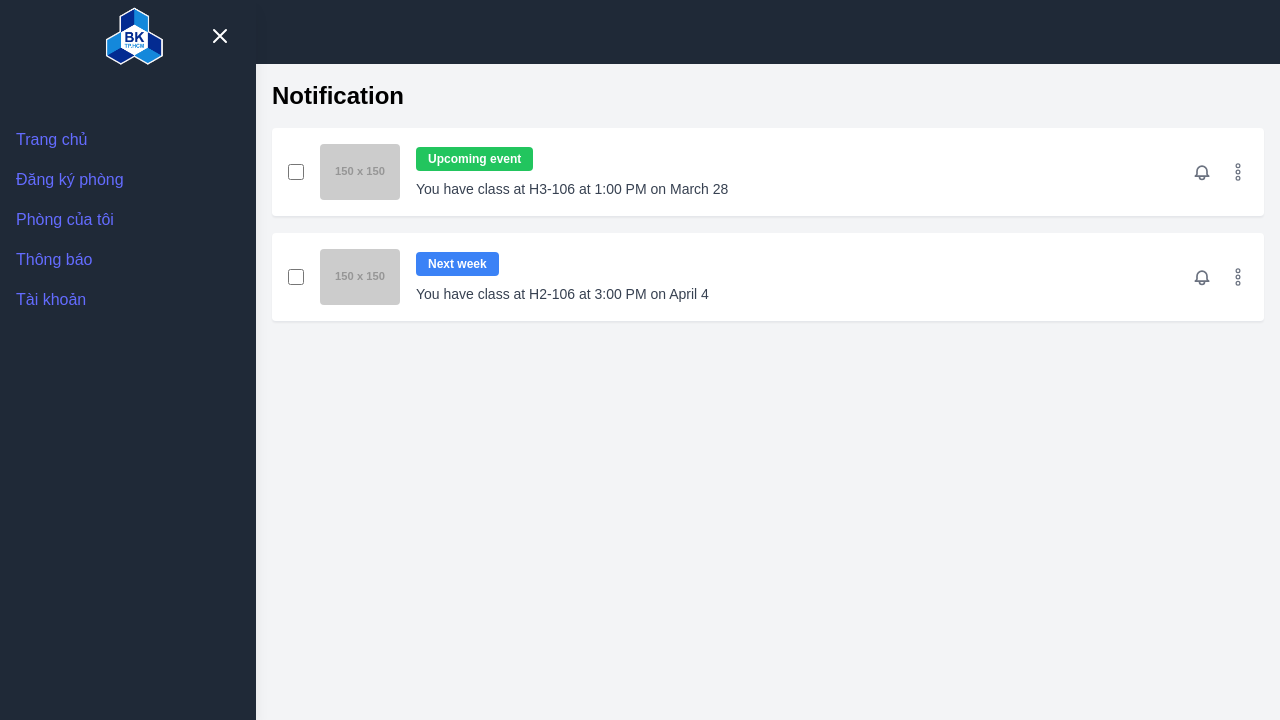
Repository: CNPM-S3MRS/frontend-web
Page: /notification
These files come from the project's save history. The page is drawn as it stood at one moment and after the next save; the edit follows.
The browser window is 1280 px wide. The pictures show the whole page.
The project was rebuilt for these pictures with package versions that can differ from the ones it lists, and the page was loaded fresh each time. Also part of the build but not shown: vite.config.js, src/pages/auth/Login.jsx.

Above is the page before, as saved 2025-04-09 02:43:27.

### src/App.jsx
import { BrowserRouter as Router, Routes, Route } from 'react-router-dom';
import Login from '@/pages/auth/Login';
import Notification from './pages/notification/notification';

function App() {
  return (
    <Router>
      <Routes>
        <Route path="/login" element={<Login />} />
        <Route path="/notification" element={<Notification />} /> {/* Add this route */}
        <Route path="/" element={<div>Trang chủ</div>} />
      </Routes>
    </Router>
  );
}

export default App;

### src/index.css
@tailwind base;
@tailwind components;
@tailwind utilities;


:root {
  font-family: system-ui, Avenir, Helvetica, Arial, sans-serif;
  line-height: 1.5;
  font-weight: 400;

  color-scheme: light dark;
  color: rgba(255, 255, 255, 0.87);
  background-color: #242424;

  font-synthesis: none;
  text-rendering: optimizeLegibility;
  -webkit-font-smoothing: antialiased;
  -moz-osx-font-smoothing: grayscale;
}

a {
  font-weight: 500;
  color: #646cff;
  text-decoration: inherit;
}
a:hover {
  color: #535bf2;
}

/* body {
  margin: 0;
  display: flex;
  place-items: center;
  min-width: 320px;
  min-height: 100vh;
} */

h1 {
  font-size: 3.2em;
  line-height: 1.1;
}

.header-button {
  background: none;
  border: none;
  color: inherit;
  cursor: pointer;
  padding: 0;
  display: inline-flex;
  align-items: center;
  justify-content: center;
}


.sidebar-button {
  background: none;
  border: none;
  color: inherit;
  cursor: pointer;
  padding: 0.5rem;
  display: inline-flex;
  align-items: center;
  justify-content: center;
}

button {
  border-radius: 8px;
  border: 1px solid transparent;
  padding: 0.6em 1.2em;
  font-size: 1em;
  font-weight: 500;
  font-family: inherit;
  background-color: #1a1a1a;
  cursor: pointer;
  transition: border-color 0.25s;
}
button:hover {
  border-color: #646cff;
}
button:focus,
button:focus-visible {
  outline: 4px auto -webkit-focus-ring-color;
}
h1 {
  font-size: 1.5rem;
  font-weight: bold;
  margin-bottom: 1rem;
}
body {
  font-family: Arial, sans-serif;
  background-color: #ffffff;
  color: #000000;
}

input[type="checkbox"] {
  width: 1rem;
  height: 1rem;
}

@media (prefers-color-scheme: light) {
  :root {
    color: #213547;
    background-color: #ffffff;
  }
  a:hover {
    color: #747bff;
  }
  button {
    background-color: #f9f9f9;
  }
}

### src/pages/notification/notification.jsx
import React, { useState } from "react";
import Sidebar from "../../components/bars/Sidebar";
import NotificationCard from "../../components/card/NotificationCard";
import Header from "../../components/header/Header";

const Notification = () => {
  const [isSidebarOpen, setIsSidebarOpen] = useState(true); // Sidebar is visible by default

  return (
    <div className="flex flex-col h-screen">
      {/* Header */}
      <Header isSidebarOpen={isSidebarOpen} setIsSidebarOpen={setIsSidebarOpen} />

      <div className="flex flex-grow">
        {/* Sidebar */}
        <Sidebar isSidebarOpen={isSidebarOpen} setIsSidebarOpen={setIsSidebarOpen} />

        {/* Main Content */}
        <div
          className={`flex-grow p-4 bg-gray-100 transition-all duration-300 ${
            isSidebarOpen ? "ml-64" : "ml-0"
          }`}
        >
          <h1 className="text-2xl font-bold mb-4">Notification</h1>

          {/* Example Notification Cards */}
          <NotificationCard
            image="https://via.placeholder.com/150"
            status="Upcoming event"
            statusColor="green"
            message="You have class at H3-106 at 1:00 PM on March 28"
          />
          <NotificationCard
            image="https://via.placeholder.com/150"
            status="Next week"
            statusColor="blue"
            message="You have class at H2-106 at 3:00 PM on April 4"
          />
        </div>
      </div>
    </div>
  );
};

export default Notification;

### src/components/bars/Sidebar.jsx
import React from "react";
import { NavLink } from "react-router-dom";
import LogoBK from "../../assets/LogoBK.jpg"; // Adjust the path as necessary
const Sidebar = ({ isSidebarOpen, setIsSidebarOpen }) => {
  return (
    <div
      className={`fixed inset-y-0 left-0 w-64 bg-gray-800 text-white shadow-lg z-50 transform ${
        isSidebarOpen ? "translate-x-0" : "-translate-x-full"
      } transition-transform duration-300`}
    >
      <div className="flex items-center justify-center">
        <img src={LogoBK} alt="Logo" className="w-17 h-20 object-contain" />
      </div>
      {/* Close Button */}
      <button
        onClick={() => setIsSidebarOpen(false)}
        className="sidebar-button absolute top-4 right-4 text-white focus:outline-none"
        aria-label="Close Sidebar"
      >
        <svg
          xmlns="http://www.w3.org/2000/svg"
          width="24"
          height="24"
          fill="none"
          viewBox="0 0 24 24"
          stroke="currentColor"
        >
          <path
            strokeLinecap="round"
            strokeLinejoin="round"
            strokeWidth={2}
            d="M6 18L18 6M6 6l12 12"
          />
        </svg>
      </button>

      {/* Sidebar Links */}
      <ul className="mt-8 space-y-4 p-4">
        <li>
          <NavLink to="/" className="hover:text-gray-400">
            Trang chủ
          </NavLink>
        </li>
        <li>
          <NavLink to="/register-room" className="hover:text-gray-400">
            Đăng ký phòng
          </NavLink>
        </li>
        <li>
          <NavLink to="/my-rooms" className="hover:text-gray-400">
            Phòng của tôi
          </NavLink>
        </li>
        <li>
          <NavLink to="/notification" className="hover:text-gray-400">
            Thông báo
          </NavLink>
        </li>
        <li>
          <NavLink to="/account" className="hover:text-gray-400">
            Tài khoản
          </NavLink>
        </li>
      </ul>
    </div>
  );
};

export default Sidebar;

### src/components/card/NotificationCard.jsx
import React from "react";

const NotificationCard = ({ image, status, statusColor, message }) => {
  const statusColorClass = {
    green: "bg-green-500",
    blue: "bg-blue-500",
    red: "bg-red-500",
  };
  return (
    <div className="flex items-center justify-between w-full p-4 border-b bg-white shadow-sm rounded mb-4">
      {/* Left Section */}
      <div className="flex items-center space-x-4">
        {/* Checkbox */}
        <input type="checkbox" className="w-4 h-4" />

        {/* Image */}
        <img
          src={image}
          alt="Notification"
          className="w-20 h-14 object-cover rounded"
        />

        {/* Content */}
        <div>
          {/* Status Badge */}
          <span
            className={`inline-block px-3 py-1 text-xs font-semibold text-white rounded ${
              statusColorClass[statusColor] || "bg-gray-500"
            }`}
          >
            {status}
          </span>
          {/* Message */}
          <p className="text-sm text-gray-700 mt-2">{message}</p>
        </div>
      </div>

      {/* Right Section (Icons) */}
      <div className="flex items-center space-x-4">
        {/* Bell Icon */}
        <svg
          xmlns="http://www.w3.org/2000/svg"
          className="h-5 w-5 text-gray-500"
          fill="none"
          viewBox="0 0 24 24"
          stroke="currentColor"
        >
          <path
            strokeLinecap="round"
            strokeLinejoin="round"
            strokeWidth={2}
            d="M15 17h5l-1.405-1.405A2.032 2.032 0 0118 14.158V11a6 6 0 10-12 0v3.159c0 .538-.214 1.055-.595 1.436L4 17h5m6 0v1a3 3 0 11-6 0v-1m6 0H9"
          />
        </svg>

        {/* Three-Dot Icon */}
        <svg
          xmlns="http://www.w3.org/2000/svg"
          className="h-5 w-5 text-gray-500"
          fill="none"
          viewBox="0 0 16 16"
          stroke="currentColor"
        >
          <path
            strokeLinecap="round"
            strokeLinejoin="round"
            d="M9.5 13a1.5 1.5 0 1 1-3 0 1.5 1.5 0 0 1 3 0m0-5a1.5 1.5 0 1 1-3 0 1.5 1.5 0 0 1 3 0m0-5a1.5 1.5 0 1 1-3 0 1.5 1.5 0 0 1 3 0"
          />
        </svg>
      </div>
    </div>
  );
};

export default NotificationCard;

### src/components/header/Header.jsx
import React, { useState } from "react";
import { NavLink } from "react-router-dom";
import LogoBK from "../../assets/LogoBK.jpg"; // Adjust the path as necessary

const Header = ({ isSidebarOpen, setIsSidebarOpen }) => {
    return (
      <header className="flex items-center justify-between px-4 bg-gray-800 text-white">
        {/* Left Section: Hamburger Menu and Logo */}
        <div className="flex items-center space-x-2">
          {/* Hamburger Menu */}
          <button
            onClick={() => setIsSidebarOpen(!isSidebarOpen)}
            className="header-button focus:outline-none"
            aria-label="Toggle Sidebar"
          >
            <svg
              xmlns="http://www.w3.org/2000/svg"
              width="24"
              height="24"
              fill="currentColor"
              className="bi bi-list"
              viewBox="0 0 16 16"
            >
              <path
                fillRule="evenodd"
                d="M2.5 12a.5.5 0 0 1 .5-.5h10a.5.5 0 0 1 0 1H3a.5.5 0 0 1-.5-.5m0-4a.5.5 0 0 1 .5-.5h10a.5.5 0 0 1 0 1H3a.5.5 0 0 1-.5-.5m0-4a.5.5 0 0 1 .5-.5h10a.5.5 0 0 1 0 1H3a.5.5 0 0 1-.5-.5"
              />
            </svg>
          </button>

          {/* Logo */}
          <img src={LogoBK} alt="Logo" className="w-17 h-16 object-contain" />
        </div>
      </header>
    );
  };

  export default Header;

### tailwind.config.js
/** @type {import('tailwindcss').Config} */
module.exports = {
  content: ["./src/**/*.{js,jsx,ts,tsx}"], // Include all source files
  theme: {
    extend: {},
  },
  plugins: [],
};

Loaded but not shown: index.html (common file); src/main.jsx (common file)

After the next save:
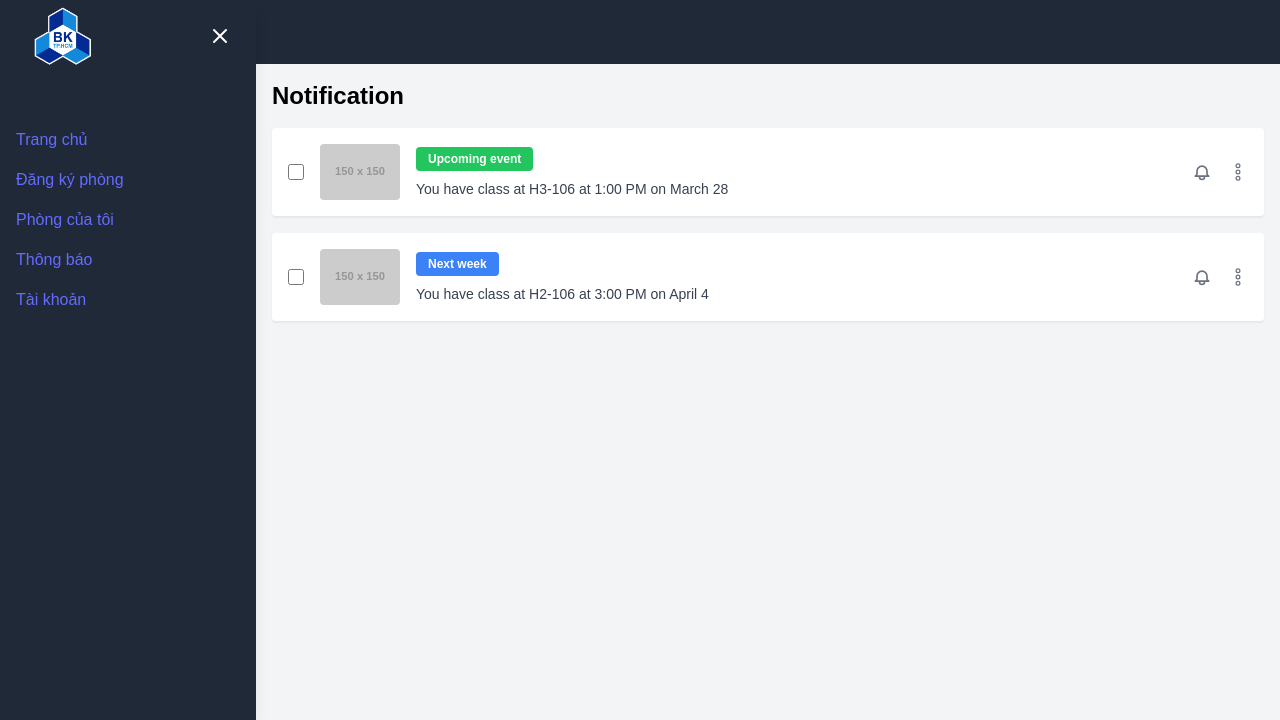
Saved 7 s later.
--- a/src/components/bars/Sidebar.jsx
+++ b/src/components/bars/Sidebar.jsx
@@ -8,7 +8,7 @@
         isSidebarOpen ? "translate-x-0" : "-translate-x-full"
       } transition-transform duration-300`}
     >
-      <div className="flex items-center justify-center">
+      <div className="flex items-center">
         <img src={LogoBK} alt="Logo" className="w-17 h-20 object-contain" />
       </div>
       {/* Close Button */}

After the save that followed:
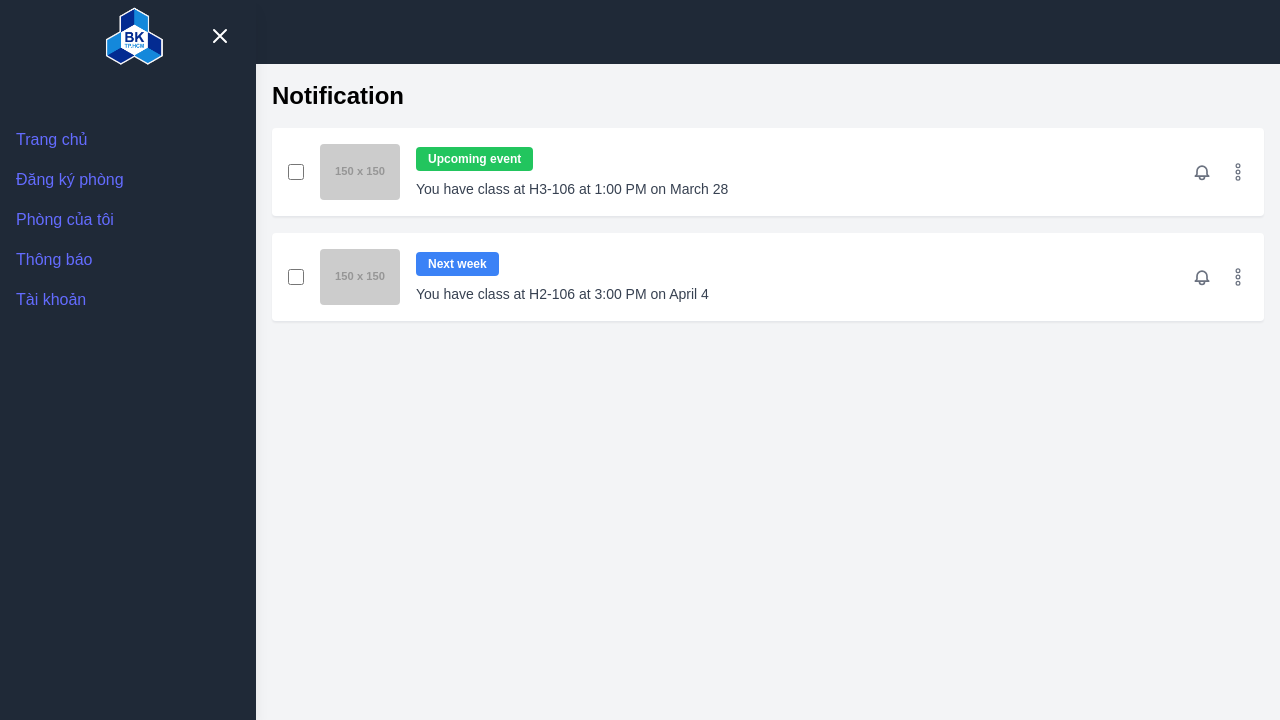
Saved 5 s later.
--- a/src/components/bars/Sidebar.jsx
+++ b/src/components/bars/Sidebar.jsx
@@ -8,7 +8,7 @@
         isSidebarOpen ? "translate-x-0" : "-translate-x-full"
       } transition-transform duration-300`}
     >
-      <div className="flex items-center">
+      <div className="flex items-center justify-center">
         <img src={LogoBK} alt="Logo" className="w-17 h-20 object-contain" />
       </div>
       {/* Close Button */}
